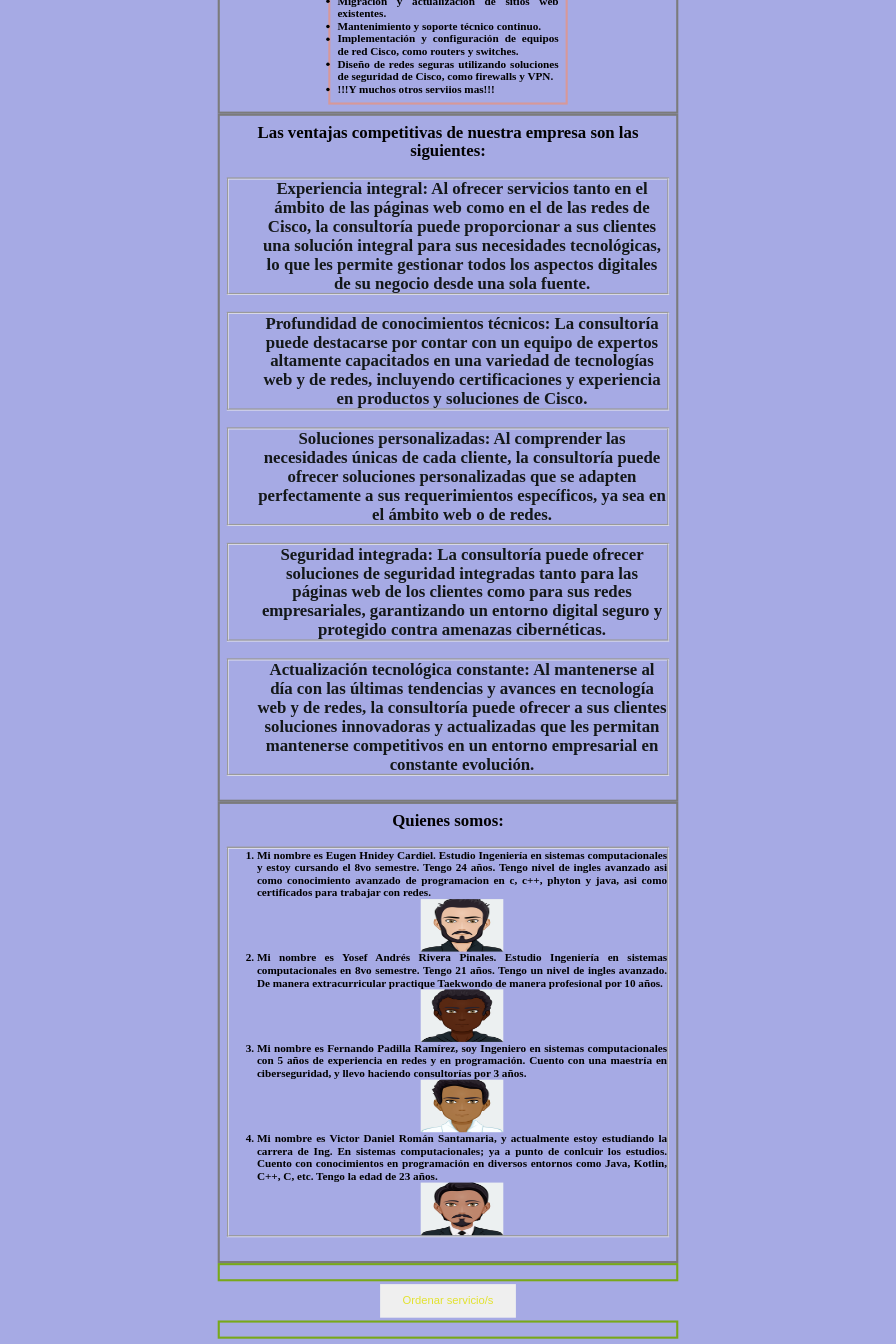
Repository: UVMCoyoacan/VEFY
Page: indexPrincipal.html
These files come from the project's save history. The page is drawn as it stood at one moment and after the next save; the edit follows.
The browser window is 1280 px wide. The pictures show the part of the page from y = 669 to 2589 px (the page is 2589 px tall), at 70% of full size.

Above is the page before, as saved 2024-03-01 11:28:07.

After the next save:
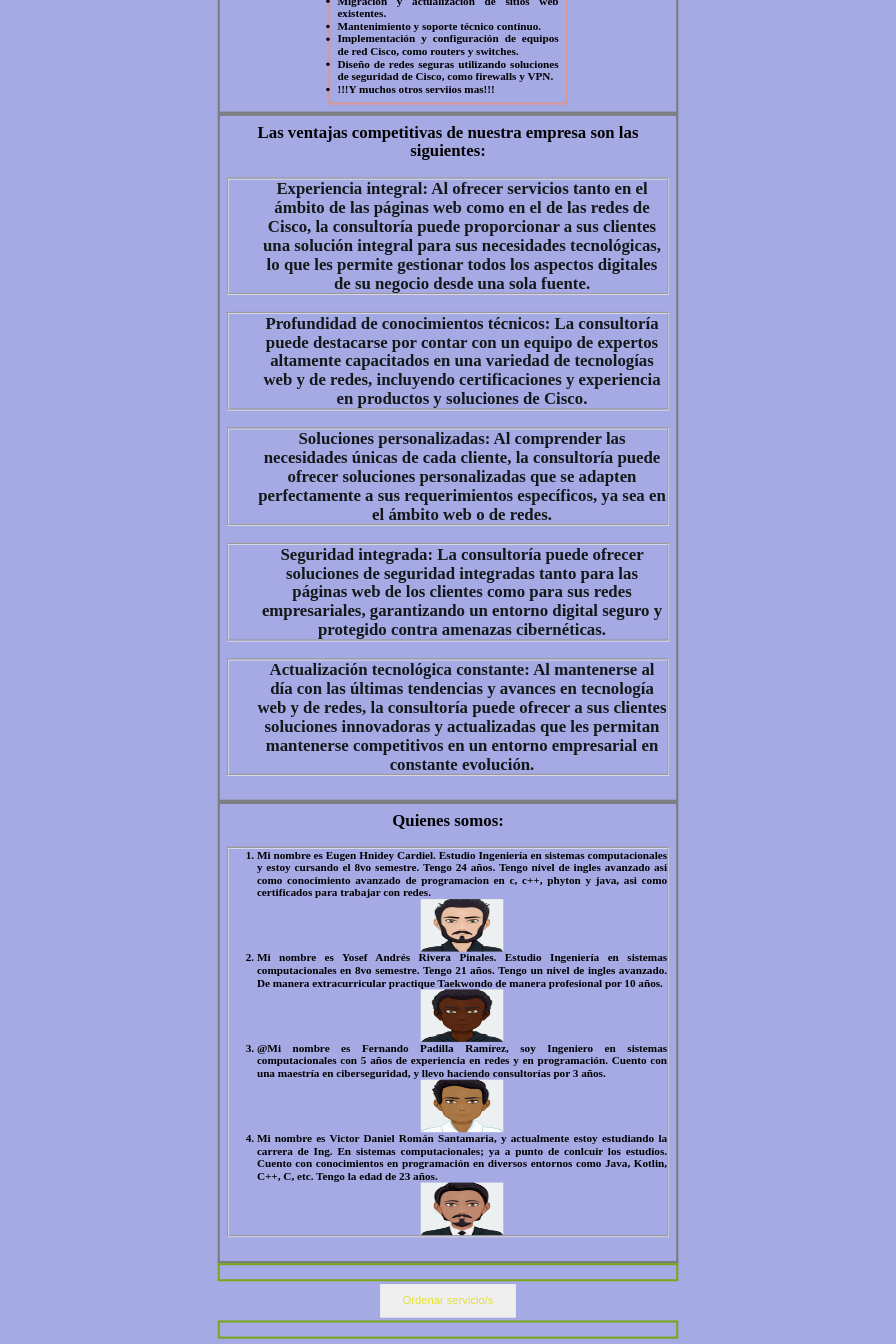
Saved 28 s later.
--- a/indexPrincipal.html
+++ b/indexPrincipal.html
@@ -58,7 +58,7 @@
                     <br>
                     <div style="text-align: center; cursor:pointer;"><img src = "YosefFoto.jpg" alt = "FotoYos" width = "75" height = "75" aling = "center" onclick="redirigirYos()"></div>
                 </li>
-                <li>Mi nombre es Fernando Padilla Ramírez, soy Ingeniero en sistemas computacionales con 5 años de experiencia en redes y en programación. Cuento con una maestría en ciberseguridad, y llevo haciendo consultorías por 3 años.
+                <li>@Mi nombre es Fernando Padilla Ramírez, soy Ingeniero en sistemas computacionales con 5 años de experiencia en redes y en programación. Cuento con una maestría en ciberseguridad, y llevo haciendo consultorías por 3 años.
                     <br>
                     <div style="text-align: center; cursor:pointer;"><img src = "FerFoto.jpg" alt = "FotoFer" width = "75" height = "75" aling = "center" onclick="redirigirFer()" ></div>
                 </li>
